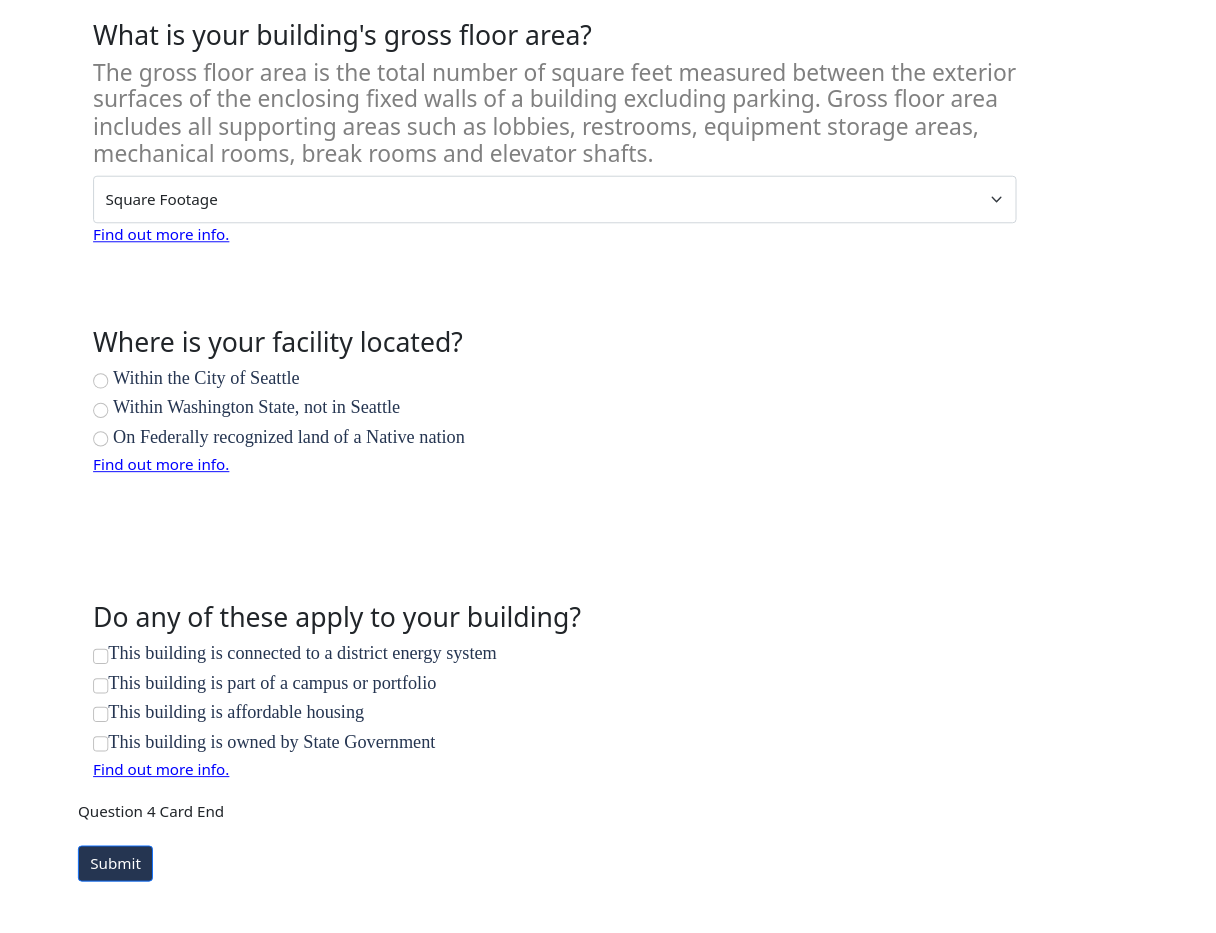
Repository: ChaidGPT/SershonSystemsQuiz
Page: index.html
An editor plug-in stored every save of this project. The page is shown before and after the next save, followed by the edit.
The browser window is 1280 px wide. The pictures show the whole page, at 95% of full size.

Above is the page before, as saved 2023-07-19 09:00:23.

After the next save:
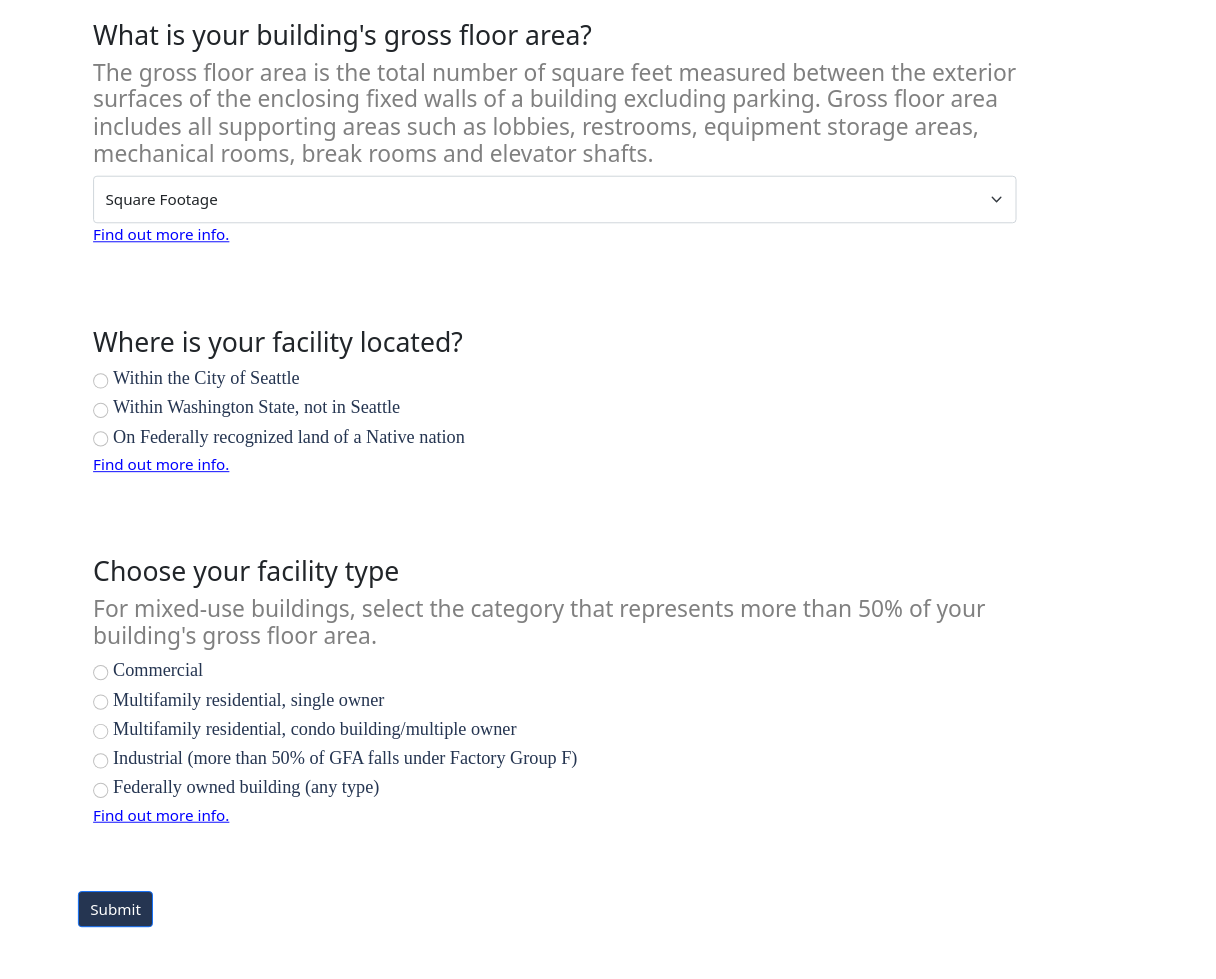
Saved 65 s later.
--- a/index.html
+++ b/index.html
@@ -128,7 +128,7 @@
         <br>
 
 		<!-- Question 3 Card -->
-		<!-- <div class="card mb-1">
+		<div class="card mb-1">
 			<div class="card-body">
 				<h3 class="card-title">Choose your facility type</h3>
 				<h4 class="card-text">For mixed-use buildings, select the category that represents more than 50% of your building's gross floor area.</h4>
@@ -156,13 +156,13 @@
 				</div>
 				<a href="" target="_blank" class="info-link">Find out more info.</a>
 			</div>
-		</div> -->
+		</div>
 		<!-- Question 3 Card End -->
 
     <br>
         <br>
     <!-- Question 4 Card -->
-<div class="card mb-1">
+<!-- <div class="card mb-1">
   <div class="card-body">
       <h3 class="card-title">Do any of these apply to your building?</h3>
       <div class="form-check">
@@ -183,12 +183,10 @@
       </div>
       <a href="" target="_blank" class="info-link">Find out more info.</a>
   </div>
-</div>
-Question 4 Card End
-
-
-		<br>
-        <br>
+</div> -->
+<!-- Question 4 Card End -->
+		<!-- <br>
+        <br> -->
 		<button id="submitBtn" type="submit" class="btn btn-primary">Submit</button>
 	</div>
 
